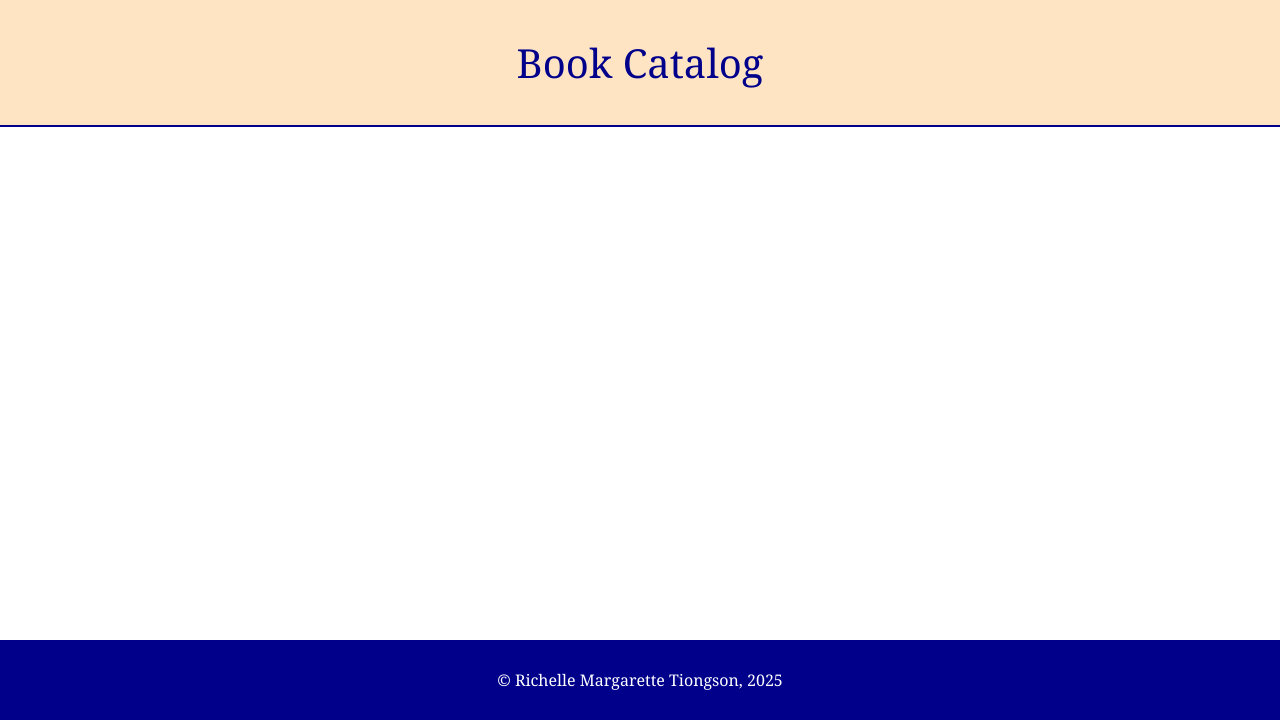
Repository: richelletiongson/comp3170_lab01
Page: /
The author's editor kept a copy of each file at every save. The page is drawn from the files as they stood at one save, then again after a run of saves.
The browser window is 1280 px wide. The pictures show the whole page.
The project was rebuilt for these pictures with package versions that can differ from the ones it lists, and the page was loaded fresh each time. Also part of the build but not shown: vite.config.js.

Above is the page before, as saved 2025-09-13 23:56:18.

### index.html
<!doctype html>
<html lang="en">
  <head>
    <meta charset="UTF-8" />
    <link rel="stylesheet" href="src/index.css"/>
    <meta name="viewport" content="width=device-width, initial-scale=1.0" />
    <title>Book Catalog</title>
  </head>
  <body>
    <div id="root"></div>
    <script type="module" src="/src/main.jsx"></script>
  </body>
</html>

### src/index.css
* {
  margin: 0;
  padding: 0;
}

body {
  font-family: 'Georgia', 'Times New Roman', serif;
  height: 100vh;
  display: flex;
  flex-direction: column;
}

.app {
  display: flex;
  flex-direction: column;
  min-height: 100vh;
}

.header {
  background-color: bisque;
  height: 125px;
  display: flex;
  align-items: center;
  justify-content: center;
  border-bottom: 2px solid darkblue;
}

.header-title {
  color: darkblue;
  font-size: 2.5rem;
  font-weight: normal;
  text-align: center;
  margin: 0;
}

.book {
  height:40px;
  width:30px;
}

.new {
  height:40px;
  width:30px;
}

.main-content {
  flex: 1;
  background-color: #FFFFFF;
  padding: 2rem;
}

.footer {
  background-color: darkblue;
  height: 80px;
  display: flex;
  align-items: center;
  justify-content: center;
}

.footer-text {
  color: #FFFFFF;
  font-size: 1rem;
  margin: 0;
  text-align: center;
}

### src/App.jsx

import './index.css'

function App() {
  return (
    <div className="app">
      <header className="header">
        <h1 className="header-title">Book Catalog</h1>
      </header>

      <main className="main-content">
        {/* Main content will go here */}
      </main>

      <footer className="footer">
        <p className="footer-text">© Richelle Margarette Tiongson, 2025</p>
      </footer>
    </div>
  )
}

export default App

### src/Book.jsx
import './index.css'

function Book(props) {
    return (
        <div className="book">
            <image src={props.image}></image>
            <div>
                <p>by</p>
                <p>{props.author}</p>
            </div>
            <button>Learn more</button>
        </div>
    );
}

export default Book;

Loaded but not shown: src/main.jsx (common file)

After the next 2 saves:
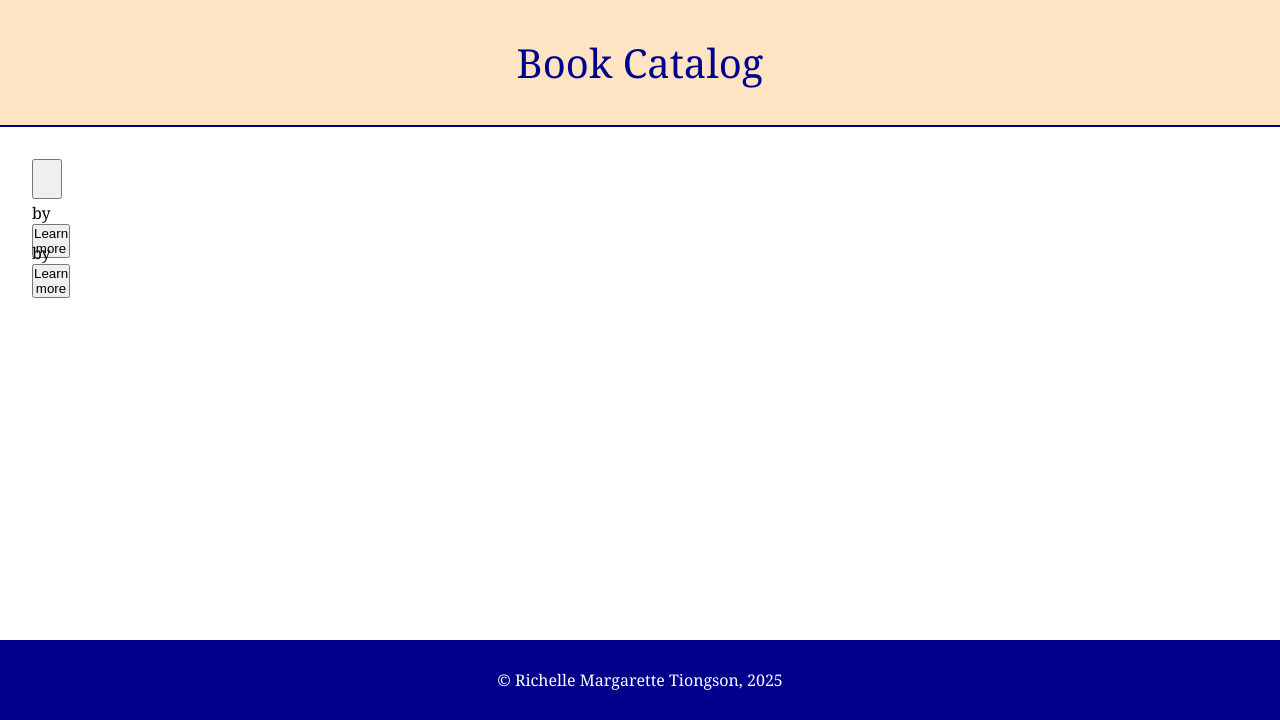
The 2 saves are shown as one change because 1 did not build or start.
The last was saved 73 s later.
--- a/src/App.jsx
+++ b/src/App.jsx
@@ -1,5 +1,6 @@
 
 import './index.css'
+import Book from './Book'
 
 function App() {
   return (
@@ -9,7 +10,9 @@ function App() {
       </header>
 
       <main className="main-content">
-        {/* Main content will go here */}
+        <button className="new"></button>
+        <Book/>
+        <Book/>
       </main>
 
       <footer className="footer">
